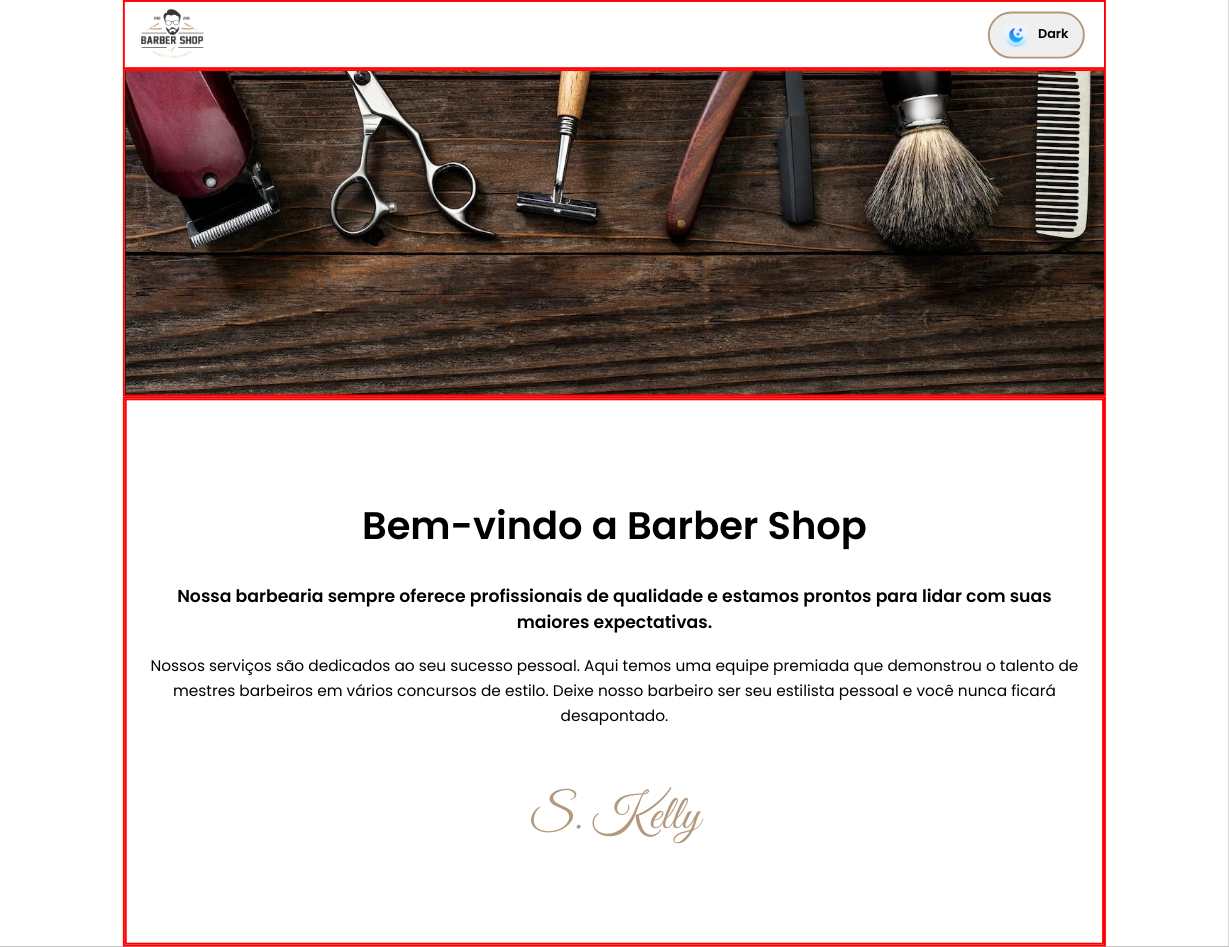
Repository: Daniells642/LandingPage-React
Page: /
An editor plug-in stored every save of this project. The page is shown before and after the next save, followed by the edit.
The browser window is 1280 px wide. The pictures show the whole page, at 96% of full size.
The project was rebuilt for these pictures with package versions that can differ from the ones it lists, and the page was loaded fresh each time.

Above is the page before, as saved 2022-11-04 21:56:42.

### public/index.html
<!DOCTYPE html>
<html lang="en">
  <head>
    <meta charset="utf-8" />
    <link rel="icon" href="%PUBLIC_URL%/favicon.ico" />
    <meta name="viewport" content="width=device-width, initial-scale=1" />
    <meta name="theme-color" content="#000000" />
    <meta
      name="description"
      content="Web site created using create-react-app"
    />
    <link rel="apple-touch-icon" href="%PUBLIC_URL%/logo192.png" />
    <!--
      manifest.json provides metadata used when your web app is installed on a
      user's mobile device or desktop. See https://developers.google.com/web/fundamentals/web-app-manifest/
    -->
    <link rel="manifest" href="%PUBLIC_URL%/manifest.json" />
    <!--
      Notice the use of %PUBLIC_URL% in the tags above.
      It will be replaced with the URL of the `public` folder during the build.
      Only files inside the `public` folder can be referenced from the HTML.

      Unlike "/favicon.ico" or "favicon.ico", "%PUBLIC_URL%/favicon.ico" will
      work correctly both with client-side routing and a non-root public URL.
      Learn how to configure a non-root public URL by running `npm run build`.
    -->

    <link rel="preconnect" href="https://fonts.googleapis.com">
    <link rel="preconnect" href="https://fonts.gstatic.com" crossorigin>
    <link href="https://fonts.googleapis.com/css2?family=Poppins:wght@400;500;600&display=swap" rel="stylesheet">
    <link href="https://fonts.googleapis.com/css2?family=Great+Vibes&display=swap" rel="stylesheet">
    <title>Barberia</title>
  </head>
  <body>
    <noscript>You need to enable JavaScript to run this app.</noscript>
    <div id="root"></div>
    <!--
      This HTML file is a template.
      If you open it directly in the browser, you will see an empty page.

      You can add webfonts, meta tags, or analytics to this file.
      The build step will place the bundled scripts into the <body> tag.

      To begin the development, run `npm start` or `yarn start`.
      To create a production bundle, use `npm run build` or `yarn build`.
    -->
  </body>
</html>

### src/App.js
import Barbearia from "./LandingPage";
import './App.css';


function App() {
  return (
    <div>
      <Barbearia/>
    </div>
  );
}

export default App;

### src/LandingPage/index.js
import './style.css';

export default function Barbearia() {
  return (
    <div className='modo-claro'>

        <header id="topo" >
          <div className='limitar-secao'>
            <img className='logo' src="../../assets/barbearia-logo.png" alt="logo-barbearia" title="logo da barbearia"/>
            <button>
              <img className="btn-icone" src="../../assets/moon.png" alt="alternar-modo" title="alternar-modo"/>
              <span>Dark</span>
            </button>
          </div>
        </header>

        <section id="secao-banner" className='limitar-secao'></section>

        <section id="secao-texto" className='limitar-secao secao-texto'>
            <div className='limitar-secao'>
              <h1>Bem-vindo a Barber Shop</h1>
              <p className='primeiro-paragrafo'>Nossa barbearia sempre oferece profissionais de qualidade e estamos prontos para lidar com suas maiores expectativas.</p>
              <p className='segundo-paragrafo'>Nossos serviços são dedicados ao seu sucesso pessoal. Aqui temos uma equipe premiada que demonstrou o talento de mestres barbeiros em vários concursos de estilo. Deixe nosso barbeiro ser seu estilista pessoal e você nunca ficará desapontado.</p>
              <p className='assinatura'>S. Kelly</p>
            </div>
        </section>
    </div>
  )
}

### src/App.css
* {
  margin: 0;
  padding: 0;
  box-sizing: border-box;
  font-family: 'Poppins', sans-serif;
}

body {
  background-color: black;
}

.limitar-secao {
  max-width: 1024px;
  width: 100%;
  margin: 0 auto;
  border: solid red 2px;
}

### src/LandingPage/style.css
.modo-claro {
    background-color: #fff;
    color: #000;
}

header {
    display: flex;
}

header div {
    height: 10vh;
    padding-right: 20px;
    display: flex;
    justify-content: space-between;
    align-items: center;
}

.logo {
    width: auto;
    height: 100px;
}

header button {
    display: flex;
    align-items: center;
    border: 2px solid #B2987D;
    font-weight: 600;
    border-radius: 25px;
    padding: 10px 15px;
    cursor: pointer;
  }

  .btn-icone {
    width: 25px;
    height: 25px;
    margin-right: 10px;
  }

#secao-banner {
    display: flex;
    background-image: url('../../public/assets/banner-barbearia.jpg');
    background-repeat: no-repeat;
    background-size: cover;
    background-position: center center;
    height: 341px;
  }

.secao-texto {
    height: auto;
    display: flex;
    align-items: center;
}

.secao-texto div{
    padding: 100px 20px;
    display: flex;
    flex-direction: column;
    text-align: center;
  }

  .secao-texto h1 {
    font-size: 40px;
    margin-bottom: 30px;
  }

.primeiro-paragrafo {
  font-size: 18px;
  font-weight: 600;
  margin-bottom: 20px;
}

.segundo-paragrafo {
  line-height: 26px;
  margin-bottom: 60px;
}

.assinatura {
  font-family: 'Great Vibes', cursive;
  font-weight: 500;
  font-size: 50px;
  color: #B2987D;
}

Loaded but not shown: src/index.js (common file)

After the next save:
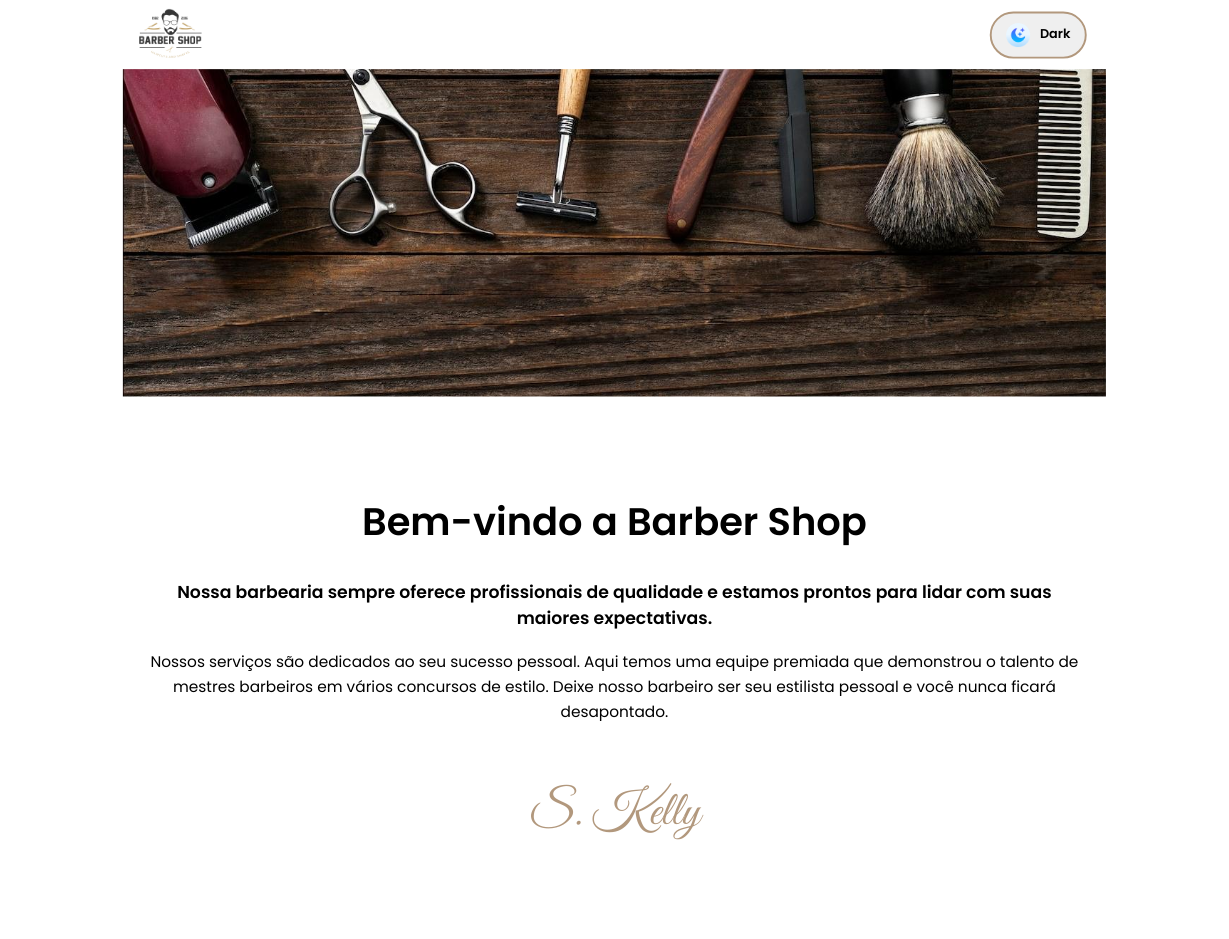
Saved 14 s later.
--- a/src/App.css
+++ b/src/App.css
@@ -5,13 +5,8 @@
   font-family: 'Poppins', sans-serif;
 }
 
-body {
-  background-color: black;
-}
-
 .limitar-secao {
   max-width: 1024px;
   width: 100%;
   margin: 0 auto;
-  border: solid red 2px;
 }
